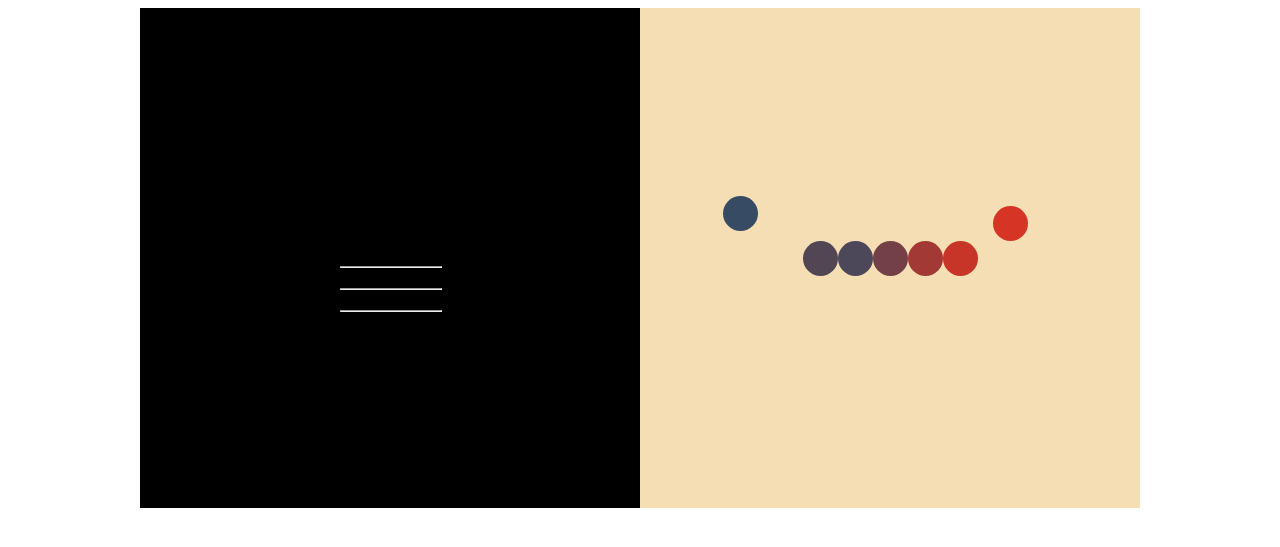
Repository: batonAnton/Hw-Lec10-animation
Page: index.html
These files come from the project's save history. The page is drawn as it stood at one moment and after the next save; the edit follows.
The browser window is 1280 px wide. The pictures show the whole page.

Above is the page before, as saved 2022-07-16 15:27:56.

### index.html
<!DOCTYPE html>
<html lang="en">
<head>
    <meta charset="UTF-8">
    <meta http-equiv="X-UA-Compatible" content="IE=edge">
    <meta name="viewport" content="width=device-width, initial-scale=1.0">
    <link rel="stylesheet" href="css/style.css">
    <title>Animation</title>
</head>
<body>
        <div class="wrapper">
            <div class="block">
                <div class="cross-line">
                    <hr class="first-line">
                    <hr class="second-line">
                    <hr class="third-line">
                </div>
            </div>
            <div class="allcircle">
                <div class="circle1 circle"></div>
                <div class="circle2 circle"></div>
                <div class="circle3 circle"></div>
                <div class="circle4 circle"></div>
                <div class="circle5 circle"></div>
                <div class="circle6 circle"></div>
                <div class="circle7 circle"></div>
            </div>
        </div>
</body>
</html>

### css/style.css
.wrapper{
    display:flex;
    justify-content: center;
    position: relative;
}
.block{
    background-color: black;
    width: 500px;
    height: 500px;
    display:flex;
    justify-content: center;
}

.cross-line{
    width: 100px;
    height: 100px;
    top: 50%;
    position:absolute;
}

hr{
    background-color: #fff;
    width: 100px;
}

.second-line{
    margin-bottom: 20px;
    margin-top: 20px;
    transition: all 0.3s ease-in-out;

}

.second-line{
    transition: all 0.3s ease-in-out;

}

.third-line{
    transition: all 0.3s ease-in-out;
}





.cross-line:hover .first-line {
    box-shadow: 0.4em 0 0.6em 0.2em rgb(190, 40, 204);
    transition: all 0.3s ease-in-out;
    transform: translateY(18px) translateX(0px) rotate(45deg);


}
.cross-line:hover .second-line {
    transition: all 0.3s ease-in-out;
    box-shadow: 0.4em 0 0.6em 0.2em rgb(190, 40, 204);
    transform: translateY(-3px) translateX(0px) rotate(-45deg);
}

.cross-line:hover .third-line{
    transition: all 0.3s ease-in-out;
    transform: translateY(-26px) translateX(0px) rotate(-45deg);
}

/* circle */

.allcircle{
    background-color: wheat;
    height: 500px;
    width: 500px;
    display: flex;
    justify-content: center;
    align-items: center;
    position: relative;
}
.circle{
    border-radius: 50%;
    width: 35px;
    height: 35px;
    background-color: rgb(46, 111, 49);

}

.circle:nth-child(1){
    background-color: rgb(55,75,101);
    animation-name: circle1;
    animation-duration: 2s;
    animation-iteration-count: infinite;
    position: absolute;
    margin-left: -210px;

}

.circle:nth-child(2){
    background-color: rgb(82,70,85);

}
.circle:nth-child(3){
    background-color: rgb(77,71,90);
}
.circle:nth-child(4){
    background-color: rgb(115,64,71);
}
.circle:nth-child(5){
    background-color: rgb(163,57,52);
}
.circle:nth-child(6){
    background-color: rgb(198,53,40);
}
.circle:nth-child(7){
    background-color: rgb(214,53,37);
    animation-name: circle2;
    animation-duration: 2s;
    animation-iteration-count: infinite;
    /* animation-delay: 20s; */
    position: absolute;
    margin-right: -210px;

}

@keyframes circle1{
    0%{
        /* margin-left:-10px;
        margin-top: 0px; */
    }

    50%{
        margin-right: 90px;
        margin-top: -90px;
    }
    100%{

    }
}

@keyframes circle2{
    0%{
        /* left:120px;
        top: 50px; */
    }

    25%{
        margin-left: 15px;
        margin-top: -70px;
    }

    50%{
        margin-left: 30px;
        margin-top: -70px;
        animation-delay: 300s;
    }

    75%{

            margin-left: 15px;
            margin-top: -35px;
            animation-delay: 300s;



    }
    100%{
        margin-right: -210px;
    }
}

After the next save:
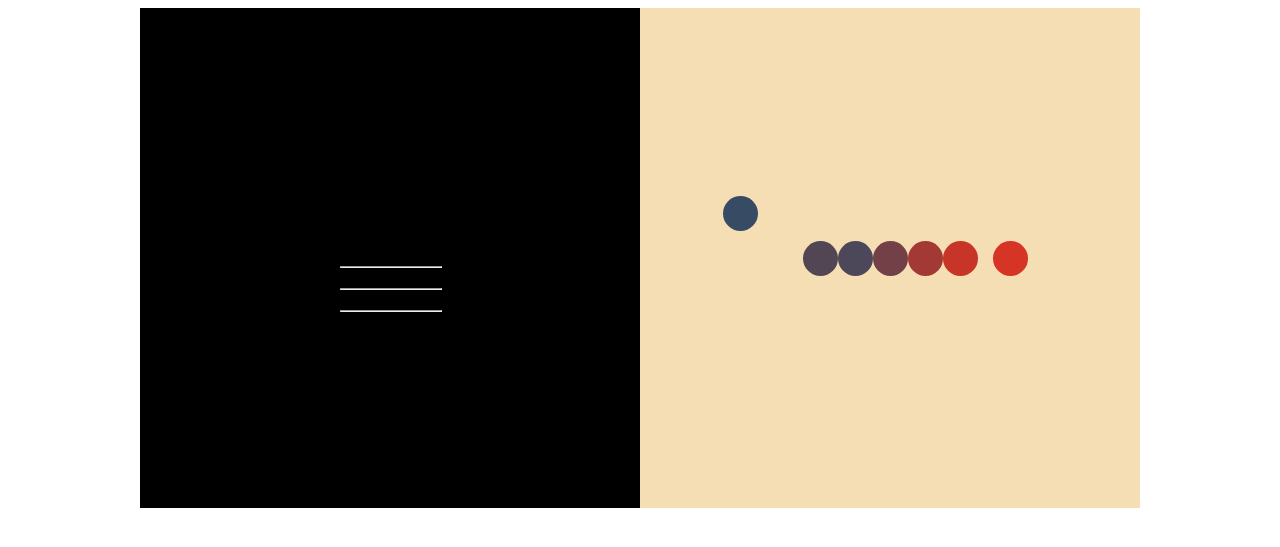
Saved 5 min 0 s later.
--- a/css/style.css
+++ b/css/style.css
@@ -113,8 +113,35 @@ hr{
     animation-iteration-count: infinite;
     /* animation-delay: 20s; */
     position: absolute;
-    margin-right: -210px;
+    margin-left: 210px;
+    transition: 2s ease-in-out;
 
+}
+
+@keyframes circle2{
+    0%{
+        /* left:120px;
+        top: 50px; */
+    }
+
+    25%{
+        margin-left: 220px;
+        margin-top: 0px;
+    }
+
+    50%{
+        margin-left: 240px;
+        /* margin-top: -70px; */
+    }
+
+    75%{
+
+            margin-left: 260px;
+            /* margin-top: -35px; */
+    }
+    /*100%{
+        margin-left: 210px;
+    } */
 }
 
 @keyframes circle1{
@@ -131,34 +158,3 @@ hr{
 
     }
 }
-
-@keyframes circle2{
-    0%{
-        /* left:120px;
-        top: 50px; */
-    }
-
-    25%{
-        margin-left: 15px;
-        margin-top: -70px;
-    }
-
-    50%{
-        margin-left: 30px;
-        margin-top: -70px;
-        animation-delay: 300s;
-    }
-
-    75%{
-
-            margin-left: 15px;
-            margin-top: -35px;
-            animation-delay: 300s;
-
-
-
-    }
-    100%{
-        margin-right: -210px;
-    }
-}
